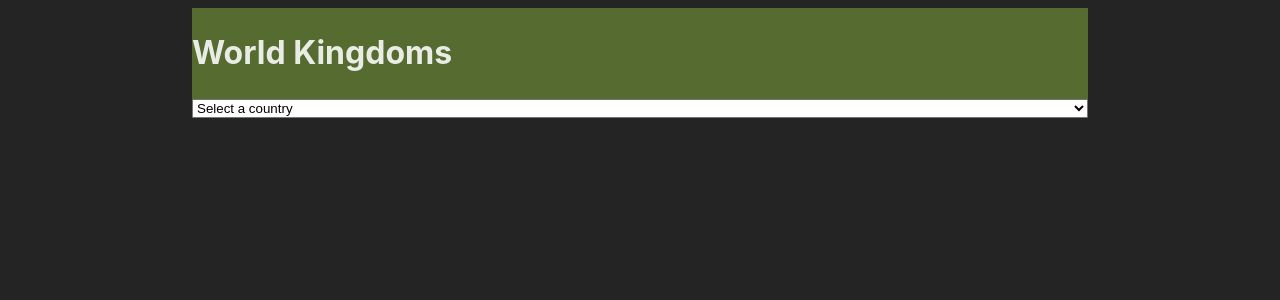
Repository: MonicaNguyenH/Lab-7_Frontend
Page: /countries
The author's editor kept a copy of each file at every save. The page is drawn from the files as they stood at one save, then again after the next save.
The browser window is 1280 px wide. The pictures show the whole page.
The page's requests for data from a server got no answer. The project was rebuilt for these pictures with package versions that can differ from the ones it lists, and the page was loaded fresh each time. No one was signed in, and anything a server would have sent is missing. Also part of the build but not shown: vite.config.js, src/Details.jsx.

Above is the page before, as saved 2024-11-18 17:40:40.

After the next save:
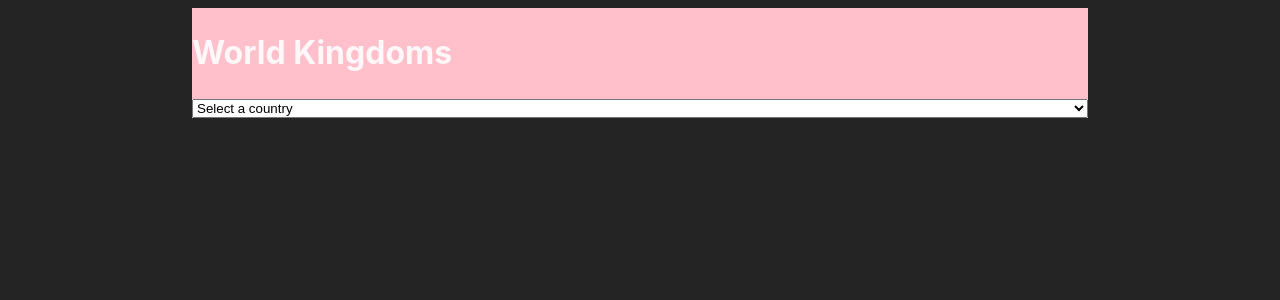
Saved 12 s later.
--- a/src/index.css
+++ b/src/index.css
@@ -16,7 +16,7 @@
 .container {
   width: 70vw;
   margin: auto;
-  background-color: darkolivegreen;
+  background-color: pink;
   display: flex;
   justify-content: center;
   flex-direction: column;
